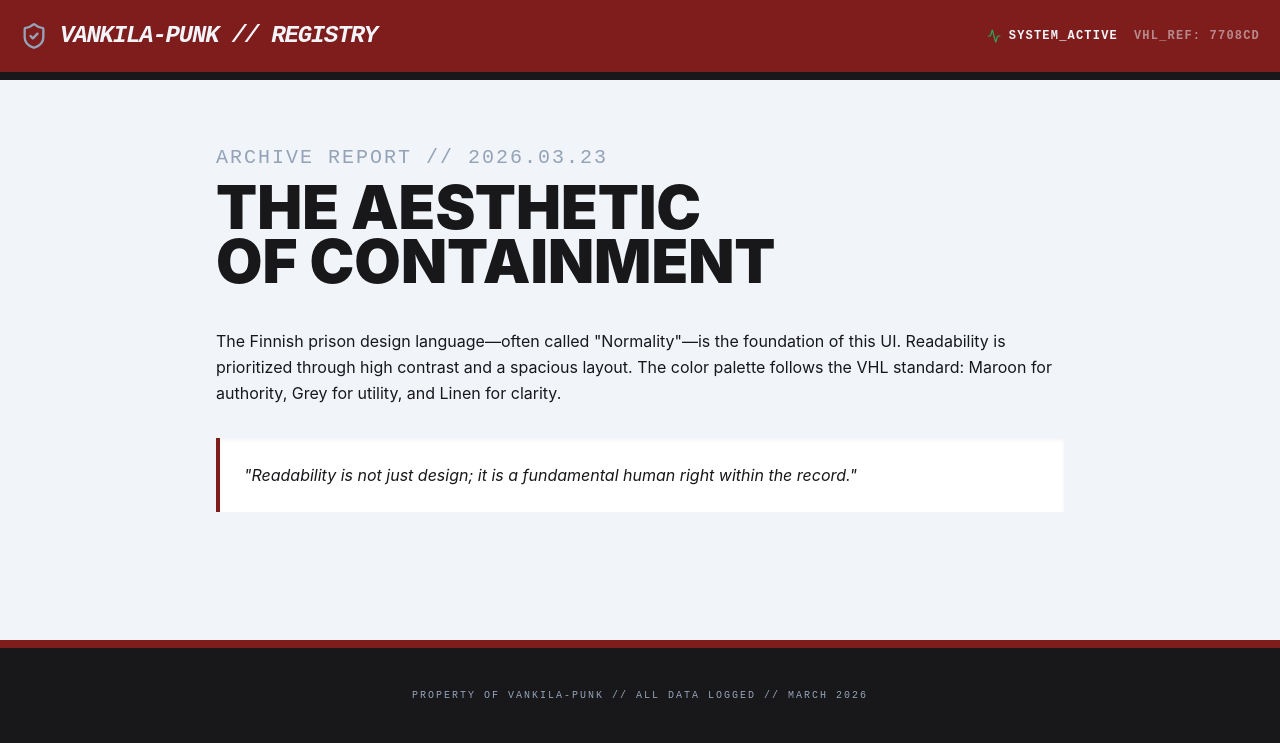
Repository: yoshimario/vankila-punk
Page: /
An editor plug-in stored every save of this project. The page is shown before and after the next save, followed by the edit.
The browser window is 1280 px wide. The pictures show the whole page.
The project was rebuilt for these pictures with package versions that can differ from the ones it lists, and the page was loaded fresh each time. Also part of the build but not shown: vite.config.ts.

Above is the page before, as saved 2026-03-23 23:59:29.

### index.html
<!doctype html>
<html lang="en">
  <head>
    <meta charset="UTF-8" />
    <link rel="icon" type="image/svg+xml" href="/favicon.svg" />
    <meta name="viewport" content="width=device-width, initial-scale=1.0" />
    <title>vankila-punk</title>
  </head>
  <body>
    <div id="root"></div>
    <script type="module" src="/src/main.tsx"></script>
  </body>
</html>

### src/index.css
@import "tailwindcss";

@theme {
  /* Samples from your VHL clothing photo */
  --color-vhl-grey: #94a3b8;
  /* The grey sweatshirt sleeves */
  --color-vhl-maroon: #7f1d1d;
  /* The oxblood/red yoke */
  --color-vhl-lead: #18181b;
  /* The high-contrast ink black */
  --color-vhl-linen: #f1f5f9;
  /* The soft institutional white */

  --font-mono: "JetBrains Mono", monospace;
  --font-sans: "Inter", sans-serif;
}

body {
  @apply bg-vhl-linen text-vhl-lead font-sans antialiased overflow-x-hidden;
}

/* Custom shadow for that 'Punk' look */
.punk-shadow {
  box-shadow: 8px 8px 0px 0px #18181b;
}

### src/App.tsx
// src/App.tsx
import { useState } from "react";
import { SolitaryDoor } from "./components/Intro/SolitaryDoor"; // <-- Updated import
import { ShieldCheck, Activity } from "lucide-react";

export default function App() {
  const [isEntryComplete, setEntryComplete] = useState(false);

  return (
    <div className="min-h-screen flex flex-col bg-vhl-linen font-sans selection:bg-vhl-maroon selection:text-white">
      {/* Solitary Door Intro (with sound check) */}
      {!isEntryComplete && (
        <SolitaryDoor onComplete={() => setEntryComplete(true)} />
      )}

      {/* Modern Institutional Layout */}
      <header className="bg-vhl-maroon text-vhl-linen p-5 border-b-8 border-vhl-lead flex justify-between items-center sticky top-0 z-40">
        <div className="flex items-center gap-3">
          <ShieldCheck size={28} className="text-vhl-grey" />
          <h1 className="font-mono font-black text-2xl tracking-tighter uppercase italic">
            Vankila-Punk // REGISTRY
          </h1>
        </div>
        <div className="flex items-center gap-4 font-mono text-xs font-bold uppercase tracking-widest">
          <span className="flex items-center gap-2">
            <Activity size={14} className="animate-pulse text-green-400" />{" "}
            SYSTEM_ACTIVE
          </span>
          <span className="opacity-50">VHL_REF: 7708CD</span>
        </div>
      </header>

      {/* Main Content (High Readability) */}
      <main className="flex-grow max-w-4xl mx-auto p-6 md:pt-16 md:pb-32 space-y-16">
        <article className="prose prose-slate prose-lg max-w-none text-vhl-lead leading-relaxed">
          <h2 className="font-mono text-xl uppercase tracking-widest text-vhl-grey">
            Archive Report // 2026.03.23
          </h2>
          <h3 className="text-5xl md:text-6xl font-black text-vhl-lead uppercase leading-[0.9] mt-2 mb-10">
            The Aesthetic <br />
            of Containment
          </h3>
          <p>
            The Finnish prison design language—often called "Normality"—is the
            foundation of this UI. Readability is prioritized through high
            contrast and a spacious layout. The color palette follows the VHL
            standard: Maroon for authority, Grey for utility, and Linen for
            clarity.
          </p>
          <p className="mt-8 border-l-4 border-vhl-maroon pl-6 italic bg-white p-6 shadow-inner">
            "Readability is not just design; it is a fundamental human right
            within the record."
          </p>
        </article>
      </main>

      {/* Industrial Footer */}
      <footer className="bg-vhl-lead text-vhl-grey p-10 font-mono text-[10px] uppercase tracking-[0.2em] text-center border-t-8 border-vhl-maroon mt-auto">
        Property of Vankila-Punk // All Data Logged // March 2026
      </footer>
    </div>
  );
}

### src/components/Intro/SolitaryDoor.tsx
// src/components/Intro/SolitaryDoor.tsx
import { motion } from "framer-motion";
import { useEffect, useRef } from "react";

interface SolitaryDoorProps {
  onComplete: () => void;
}

// Small detail component for industrial rivets
const Rivet = () => (
  <div className="w-3 h-3 rounded-full bg-black/40 shadow-inner" />
);

export const SolitaryDoor = ({ onComplete }: SolitaryDoorProps) => {
  const audioRef = useRef<HTMLAudioElement | null>(null);

  useEffect(() => {
    // 1. Initialize the sound on mount
    audioRef.current = new Audio("/gate-clank.mp3");
    audioRef.current.volume = 0.5;

    // 2. Play immediately. If the browser blocks it, it's okay.
    // The attempt registers it so it can play during the animation.
    audioRef.current.play().catch(() => {
      console.log("Audio awaiting user interaction.");
    });
  }, []);

  const handleAnimationStart = () => {
    // 3. Try playing again on animation start as a fallback
    audioRef.current?.play().catch(() => {});
  };

  return (
    // THE FRAME: Essential for 3D depth. Uses [perspective:1800px]
    <div className="fixed inset-0 z-50 flex overflow-hidden [perspective:1800px] bg-transparent pointer-events-none">
      {/* THE DOOR: A heavy steel plate using VHL-Grey */}
      <motion.div
        initial={{ rotateY: 0 }}
        animate={{ rotateY: -110 }} // Swing wide-open 110 degrees
        onAnimationStart={handleAnimationStart} // Try sound play
        onAnimationComplete={onComplete}
        transition={{
          duration: 3.5, // Slow, heavy move
          delay: 0.5, // A pause for suspense
          // Custom Bezier for overcoming inertia: slow start, deliberate swing, heavy slow down
          ease: [0.65, 0, 0.35, 1],
        }}
        // origin-left creates the hinge on the left side
        className="absolute inset-0 bg-vhl-grey border-l-[40px] border-y-[1px] border-vhl-lead origin-left relative shadow-2xl"
      >
        {/* Judas Eye (Spyhole) Detail */}
        <div className="absolute top-1/3 left-1/2 -translate-x-1/2 -translate-y-1/2 w-28 h-28 border-[12px] border-vhl-lead bg-vhl-lead shadow-[8px_8px_16px_0px_rgba(0,0,0,0.5)]">
          <div className="w-full h-full rounded-full border-4 border-vhl-lead shadow-inner flex items-center justify-center">
            {/* The actual view (revealing content inside the circle) */}
            <div className="w-12 h-12 bg-transparent rounded-full border-2 border-vhl-lead" />
          </div>
        </div>

        {/* Industrial Detailing: Rivets and Plate Seams */}
        <div className="absolute inset-10 flex flex-col justify-between items-end border-r-2 border-vhl-lead/30 py-20 pr-10">
          <Rivet />
          <Rivet />
          <div className="h-0.5 w-60 bg-vhl-lead/40" />
          <Rivet />
          <Rivet />
        </div>

        {/* Thick Door Edge Highlight (to make it look thick when rotating) */}
        <div className="absolute top-0 right-0 h-full w-[2px] bg-white/10" />
      </motion.div>
    </div>
  );
};

Loaded but not shown: src/main.tsx (common file)

After the next save:
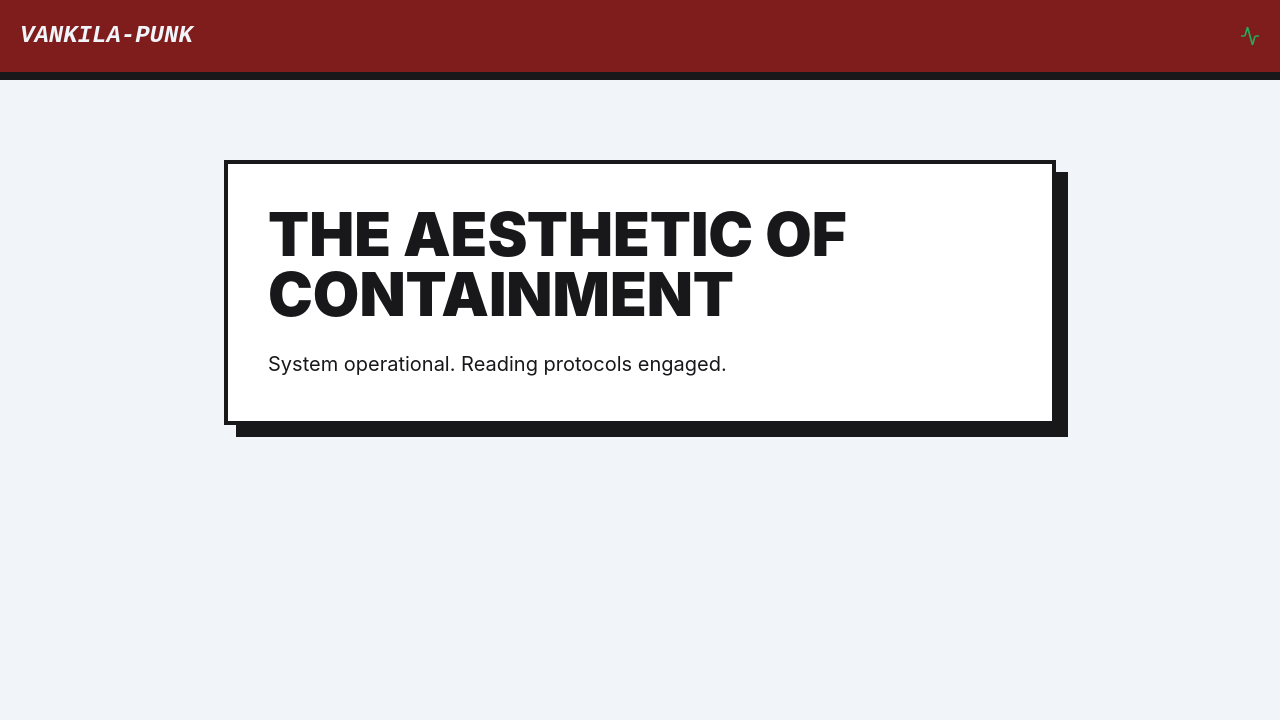
Saved 6 min 1 s later.
--- a/src/App.tsx
+++ b/src/App.tsx
@@ -1,63 +1,36 @@
 // src/App.tsx
 import { useState } from "react";
-import { SolitaryDoor } from "./components/Intro/SolitaryDoor"; // <-- Updated import
-import { ShieldCheck, Activity } from "lucide-react";
+import { SolitaryDoor } from "./components/Intro/SolitaryDoor"; // Ensure this matches your file name
+import { Activity, ShieldAlert } from "lucide-react";
 
 export default function App() {
   const [isEntryComplete, setEntryComplete] = useState(false);
 
   return (
-    <div className="min-h-screen flex flex-col bg-vhl-linen font-sans selection:bg-vhl-maroon selection:text-white">
-      {/* Solitary Door Intro (with sound check) */}
+    <div className="min-h-screen bg-vhl-linen font-sans overflow-x-hidden">
+      {/* FIX: Use !isEntryComplete so it shows at the start */}
       {!isEntryComplete && (
         <SolitaryDoor onComplete={() => setEntryComplete(true)} />
       )}
 
-      {/* Modern Institutional Layout */}
-      <header className="bg-vhl-maroon text-vhl-linen p-5 border-b-8 border-vhl-lead flex justify-between items-center sticky top-0 z-40">
-        <div className="flex items-center gap-3">
-          <ShieldCheck size={28} className="text-vhl-grey" />
-          <h1 className="font-mono font-black text-2xl tracking-tighter uppercase italic">
-            Vankila-Punk // REGISTRY
-          </h1>
-        </div>
-        <div className="flex items-center gap-4 font-mono text-xs font-bold uppercase tracking-widest">
-          <span className="flex items-center gap-2">
-            <Activity size={14} className="animate-pulse text-green-400" />{" "}
-            SYSTEM_ACTIVE
-          </span>
-          <span className="opacity-50">VHL_REF: 7708CD</span>
-        </div>
+      {/* The rest of your site... */}
+      <header className="bg-vhl-maroon text-vhl-linen p-5 border-b-8 border-vhl-lead flex justify-between items-center">
+        <h1 className="font-mono font-black text-2xl uppercase italic">
+          Vankila-Punk
+        </h1>
+        <Activity className="animate-pulse text-green-400" size={20} />
       </header>
 
-      {/* Main Content (High Readability) */}
-      <main className="flex-grow max-w-4xl mx-auto p-6 md:pt-16 md:pb-32 space-y-16">
-        <article className="prose prose-slate prose-lg max-w-none text-vhl-lead leading-relaxed">
-          <h2 className="font-mono text-xl uppercase tracking-widest text-vhl-grey">
-            Archive Report // 2026.03.23
+      <main className="max-w-4xl mx-auto p-8 pt-20">
+        <div className="bg-white border-4 border-vhl-lead p-10 shadow-[12px_12px_0px_0px_rgba(24,24,27,1)]">
+          <h2 className="text-6xl font-black uppercase leading-none mb-6">
+            The Aesthetic of Containment
           </h2>
-          <h3 className="text-5xl md:text-6xl font-black text-vhl-lead uppercase leading-[0.9] mt-2 mb-10">
-            The Aesthetic <br />
-            of Containment
-          </h3>
-          <p>
-            The Finnish prison design language—often called "Normality"—is the
-            foundation of this UI. Readability is prioritized through high
-            contrast and a spacious layout. The color palette follows the VHL
-            standard: Maroon for authority, Grey for utility, and Linen for
-            clarity.
+          <p className="text-xl leading-relaxed">
+            System operational. Reading protocols engaged.
           </p>
-          <p className="mt-8 border-l-4 border-vhl-maroon pl-6 italic bg-white p-6 shadow-inner">
-            "Readability is not just design; it is a fundamental human right
-            within the record."
-          </p>
-        </article>
+        </div>
       </main>
-
-      {/* Industrial Footer */}
-      <footer className="bg-vhl-lead text-vhl-grey p-10 font-mono text-[10px] uppercase tracking-[0.2em] text-center border-t-8 border-vhl-maroon mt-auto">
-        Property of Vankila-Punk // All Data Logged // March 2026
-      </footer>
     </div>
   );
 }
